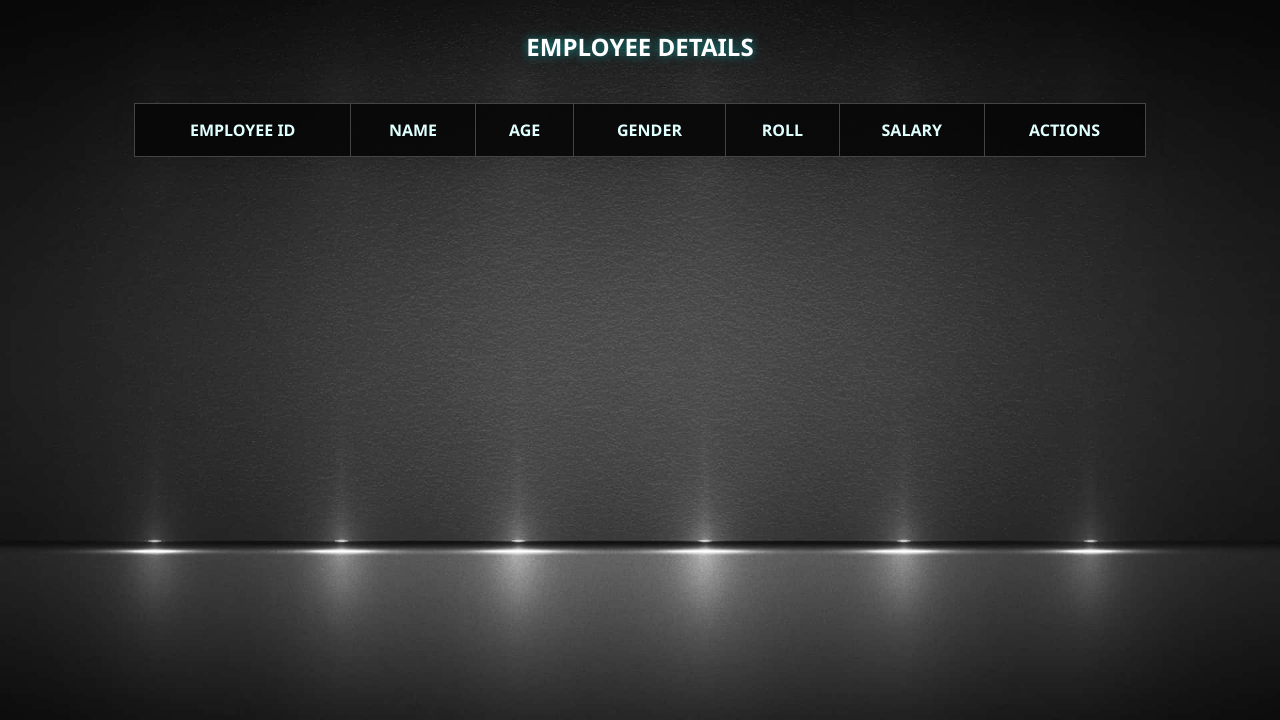
Repository: siva-shankar-2004/EmployeeManagementSystem
Page: src/main/resources/static/modifyemployeedetails.html
These files come from the project's save history. The page is drawn as it stood at one moment and after the next save; the edit follows.
The browser window is 1280 px wide. The pictures show the whole page.
The page's requests for data from a server got no answer.

Above is the page before, as saved 2025-04-06 11:08:40.

### src/main/resources/static/modifyemployeedetails.html
<!DOCTYPE html>
<html lang="en">
<head>
    <title>EMPLOYEE DETAILS</title>
    <script type="text/javascript" src="accemp.js"></script>
    <style>
    body {
      background-image: url('ogbackground.jpg');
      background-size: cover;
      background-repeat: no-repeat;
      background-attachment: fixed;
      font-family: 'Segoe UI', Tahoma, Geneva, Verdana, sans-serif;
      color: #f5f5f5;
      text-align: center;
    }

    h2 {
      margin-top: 30px;
      color: #ffffff;
      text-shadow: 0 0 10px rgba(0, 255, 255, 0.5);
    }

    table {
      margin: 40px auto;
      width: 80%;
      border-collapse: collapse;
      background-color: rgba(48, 48, 48, 0.6);
      box-shadow: 0 0 20px rgba(20, 20, 20, 0.2);
    }

    th, td {
      border: 1px solid #444;
      padding: 15px;
      color: #e0ffff;
    }

    th {
      background-color: rgba(0, 0, 0, 0.8);
    }

    tr:nth-child(even) {
      background-color: rgba(255, 255, 255, 0.05);
    }

    button {
      padding: 8px 12px;
      border: none;
      border-radius: 5px;
      cursor: pointer;
      font-weight: bold;
      transition: background-color 0.3s ease;
    }

    .edit-btn {
      background-color: #00bcd4;
      color: #fff;
    }

    .edit-btn:hover {
      background-color: #16e4ff;
    }

    .delete-btn {
      background-color: #3665f4;
      color: #fff;
    }

    .delete-btn:hover {
      background-color: #2884c6;
    }
  </style>
</head>
<body>
    <h2>EMPLOYEE DETAILS</h2>

    <table border="1">
        <thead>
            <tr>
                <th>EMPLOYEE ID</th>
                <th>NAME</th>
                <th>AGE</th>
                <th>GENDER</th>
                <th>ROLL</th>
                <th>SALARY</th>
                <th>ACTIONS</th>
            </tr>
        </thead>
        <tbody id="employeeDetails"></tbody>
    </table>

    <script type="text/javascript">
        window.onload = function() {
            showemployee();
        };
    </script>
</body>
</html>

### src/main/resources/static/accemp.js
function showemployee() {
    fetch("http://localhost:8080/employees")
        .then((response) => response.json())
        .then((employees) => {
            const dataTable = document.getElementById("employeeDetails");
            dataTable.innerHTML = ""; // Clear previous data

            employees.forEach(employee => {
                const row = `
                    <tr>
                        <td>${employee.id}</td>
                        <td><input type="text" id="name-${employee.id}" value="${employee.name}"></td>
                        <td><input type="number" id="age-${employee.id}" value="${employee.age}"></td>
                        <td><input type="text" id="gender-${employee.id}" value="${employee.gender}"></td>
                        <td><input type="text" id="roll-${employee.id}" value="${employee.employeeroll}"></td>
                        <td><input type="text" id="salary-${employee.id}" value="${employee.salary}"></td>
                        <td>
                            <button class="edit-btn" onclick="updateEmployee('${employee.id}')">Update</button>
                            <button class="delete-btn" onclick="deleteEmployee('${employee.id}')">Delete</button>
                        </td>
                    </tr>`;
                dataTable.innerHTML += row;
            });
        })
        .catch(error => console.error('Error fetching employees:', error));
}

function updateEmployee(id) {
    const name = document.getElementById(`name-${id}`).value;
    const age = document.getElementById(`age-${id}`).value;
    const gender = document.getElementById(`gender-${id}`).value;
    const employeeroll = document.getElementById(`roll-${id}`).value;
    const salary = document.getElementById(`salary-${id}`).value;

    const params = new URLSearchParams({
        name,
        age,
        gender,
        employeeroll,
        salary
    });

    fetch(`http://localhost:8080/employees/${id}?${params.toString()}`, {
        method: 'PUT'
    })
    .then(response => {
        if (response.ok) {
            alert("Employee updated successfully!");
            showemployee();
        } else {
            alert("Failed to update employee.");
        }
    });
}

function deleteEmployee(id) {
    fetch(`http://localhost:8080/employees/${id}`, {
        method: 'DELETE'
    })
    .then(response => {
        if (response.ok) {
            alert("Employee deleted successfully!");
            showemployee();
        } else {
            alert("Failed to delete employee.");
        }
    });
}

function showemployeetask() {
    fetch("http://localhost:8080/employees/task")
        .then((response) => response.json())
        .then((tasks) => {
            const taskTable = document.getElementById("employeetask");
            taskTable.innerHTML = "";

            tasks.forEach(task => {
                const row = `
                    <tr>
                        <td>${task.employeeId}</td>
                        <td>${task.taskId}</td>
                        <td>${task.taskname}</td>
                        <td>${task.taskmanager}</td>
                        <td>${task.deadline}</td>
                    </tr>`;
                taskTable.innerHTML += row;
            });
        })
        .catch(error => console.error('Error fetching employee tasks:', error));
}

After the next save:
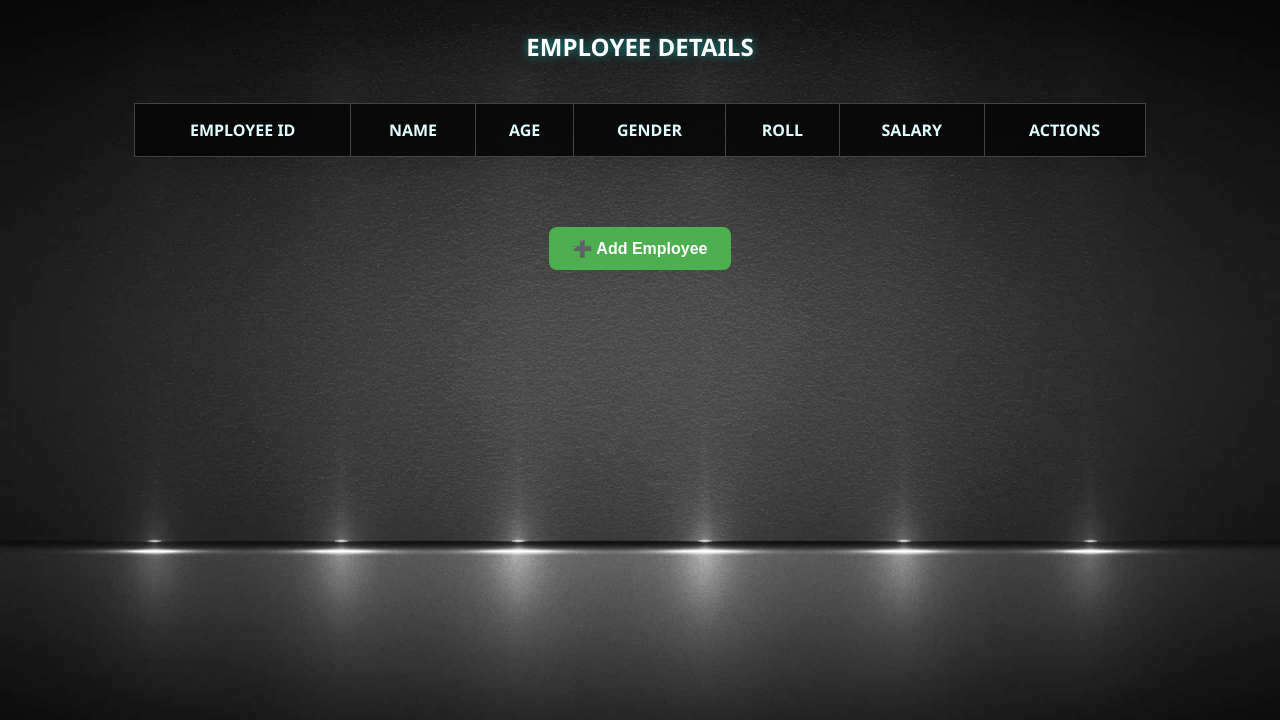
Saved 16 min 57 s later.
--- a/src/main/resources/static/modifyemployeedetails.html
+++ b/src/main/resources/static/modifyemployeedetails.html
@@ -68,6 +68,20 @@
     .delete-btn:hover {
       background-color: #2884c6;
     }
+
+    .add-btn {
+      background-color: #4CAF50;
+      color: white;
+      margin-top: 30px;
+      padding: 12px 24px;
+      font-size: 16px;
+      border-radius: 8px;
+      transition: background-color 0.3s ease;
+    }
+
+    .add-btn:hover {
+      background-color: #45a049;
+    }
   </style>
 </head>
 <body>
@@ -88,6 +102,9 @@
         <tbody id="employeeDetails"></tbody>
     </table>
 
+    <!-- Add Button -->
+    <button class="add-btn" onclick="location.href='addemployee.html'">➕ Add Employee</button>
+
     <script type="text/javascript">
         window.onload = function() {
             showemployee();
